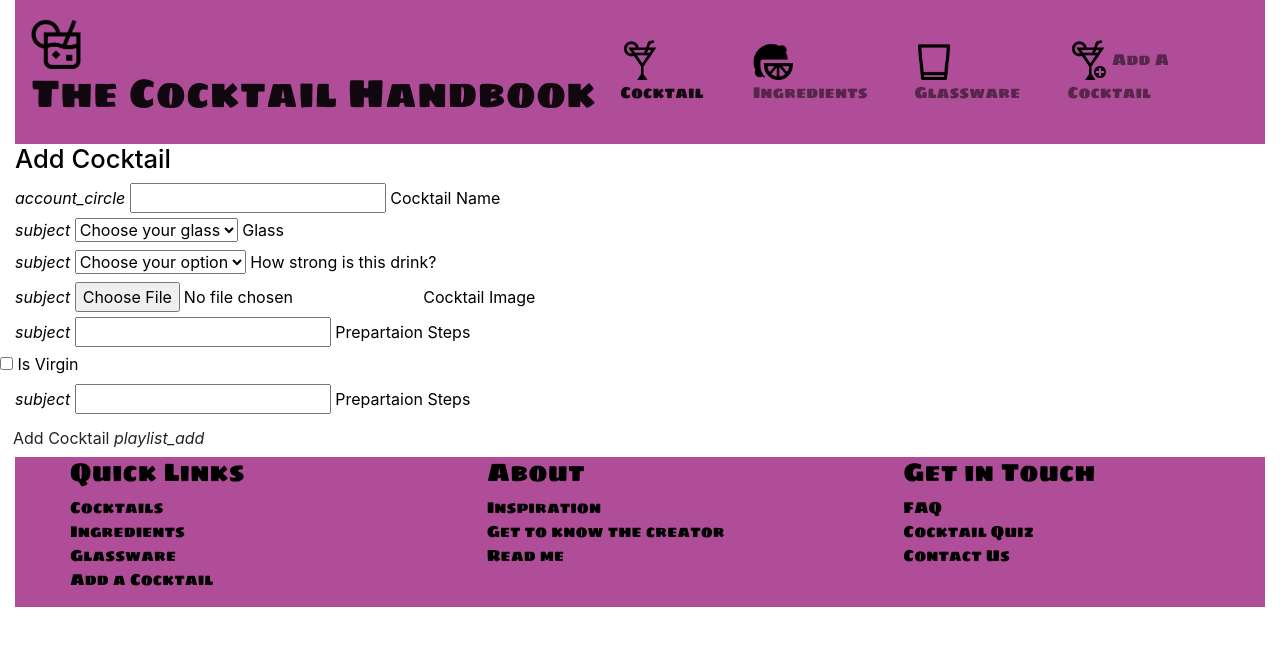
Repository: noblesaleka/cocktail_app
Page: http://localhost/add_cocktail
The author's editor kept a record of every edit. The page is drawn from the files as they stood at one moment, then again after the next edit.
The browser window is 1280 px wide. The pictures show the whole page.
The page is served by the project's application, run on Flask 3 (app.py). Queries for data that is not in the repository find no rows.

Above is the page before.
Console error: TypeError: $(...).formSelect is not a function

After the next edit:
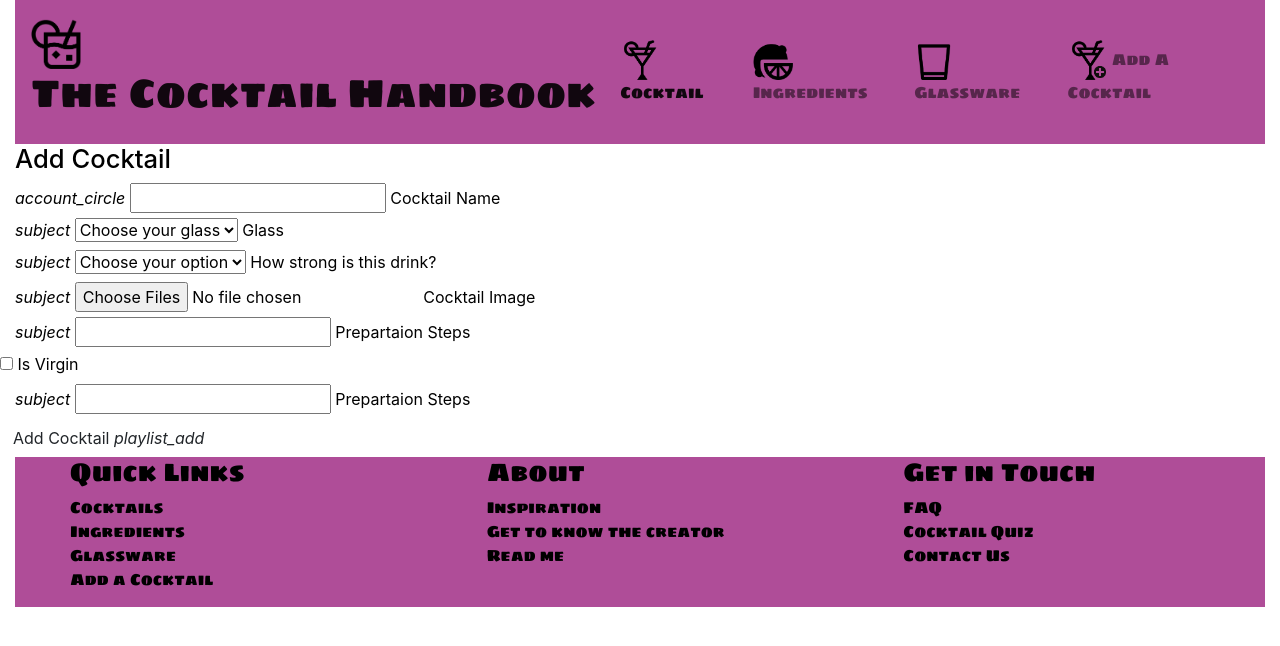
The edit:
--- a/templates/addCocktail.html
+++ b/templates/addCocktail.html
@@ -42,7 +42,7 @@
         <div class="row">
             <div class="input-field col s12">
                 <i class="material-icons prefix">subject</i>
-                <input id="cocktail_image" name="cocktail_image" type="file" class="">
+                <input id="cocktail_image" name="cocktail_image" type="file" accept="image/*" class="" multiple>
                 <label for="cocktail_image">Cocktail Image</label>
             </div>
         </div>
